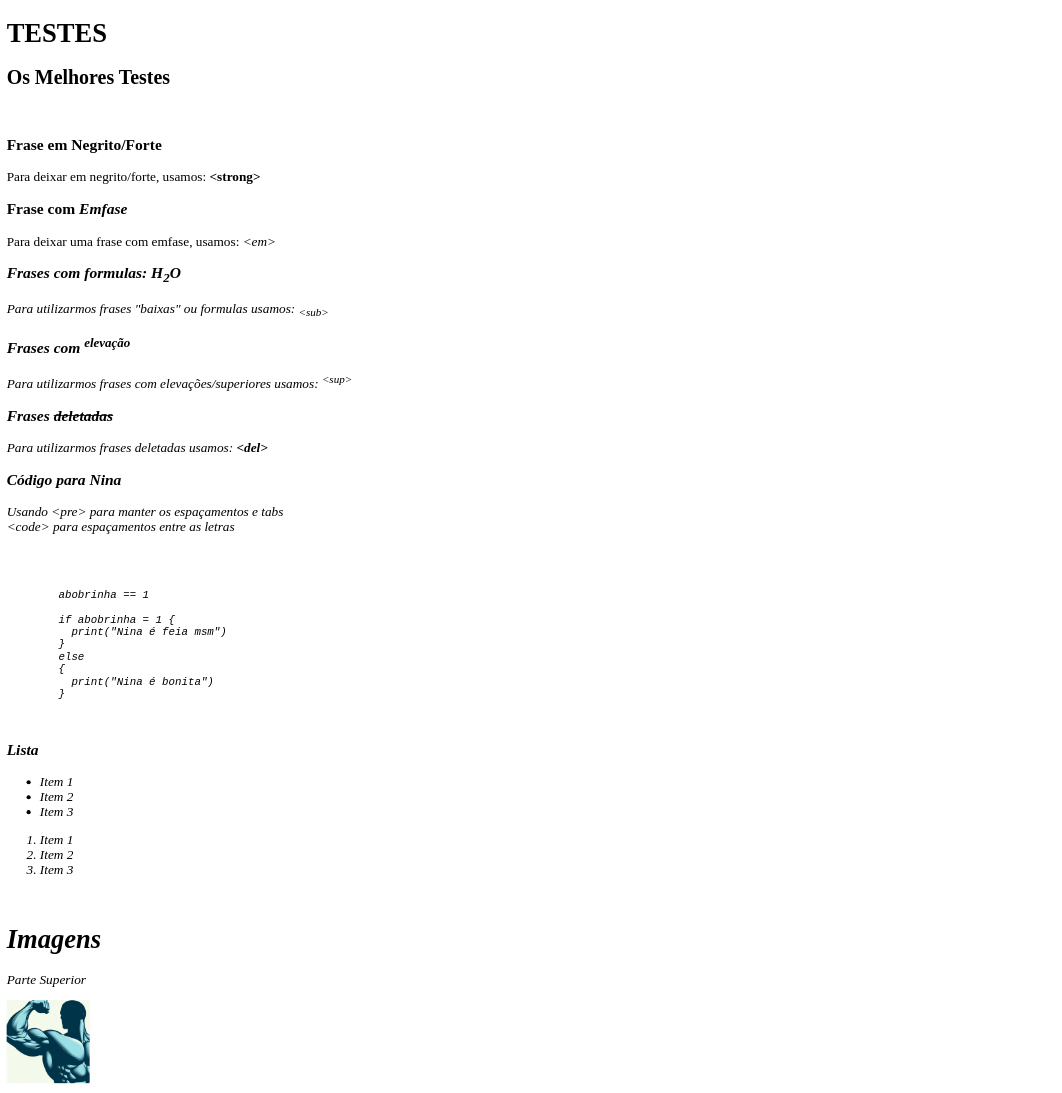
Repository: LuidyOn/Site_Forca_Total
Page: ForçaTotal/teste.html
An editor plug-in stored every save of this project. The page is shown before and after the next save, followed by the edit.
The browser window is 1280 px wide. The pictures show the whole page, at 83% of full size.

Above is the page before, as saved 2025-05-15 13:56:11.

### ForçaTotal/teste.html
<!DOCTYPE html>
<html lang="pt-br">
<head>
  <meta charset="UTF-8">
  <meta name="viewport" content="width=device-width, initial-scale=1.0">
  <link rel="shortcut icon" href="img/icons/logo.ico" type="image/x-icon">
  <title>Testes Força total</title>
</head>
<body>
<h1>TESTES</h1>
  <h2>Os Melhores Testes</h2>

  <p><br></p>

    <h3>Frase em <strong>Negrito/Forte</strong></h3>
    <p>Para deixar em negrito/forte, usamos: <strong>&lt;strong&gt;</strong> </p>

    <h3>Frase com <em>Emfase</em> </h3>
    <p>Para deixar uma frase com emfase, usamos: <em>&lt;em&gt;<em> </p>

    <h3>Frases com formulas: H<sub>2</sub>O </h3>
    <p>Para utilizarmos frases "baixas" ou formulas usamos: <sub>&lt;sub&gt;</sub></p>

    <h3>Frases com <sup>elevação</sup></h3>
    <p>Para utilizarmos frases com elevações/superiores usamos: <sup>&lt;sup&gt;</sup></p>

    <h3>Frases <del>deletadas</del></h3>
    <p>Para utilizarmos frases deletadas usamos: <strong>&lt;del&gt;</strong></p>


    <h3>Código para Nina</h3>
    <p>Usando &lt;pre&gt; para manter os espaçamentos e tabs <br> &lt;code&gt; para espaçamentos entre as letras</p>

  <p><br></p>

    <pre>
      <code>
        abobrinha == 1

        if abobrinha = 1 {
          print("Nina é feia msm")
        }
        else
        {
          print("Nina é bonita")
        }
      </code>
    </pre>

    <h3>Lista</h3>
    <ul>
      <li>Item 1</li>
      <li>Item 2</li>
      <li>Item 3</li>
    </ul>

    <ol>
      <li>Item 1</li>
      <li>Item 2</li>
      <li>Item 3</li>
    </ol>

<p><br></p>

<h1>Imagens</h1>
  <p>Parte Superior</p>
<img src="img/parteSerior.png" alt="parte superior" style= "width: 100px; height: 100px;">
</body>
</html>

After the next save:
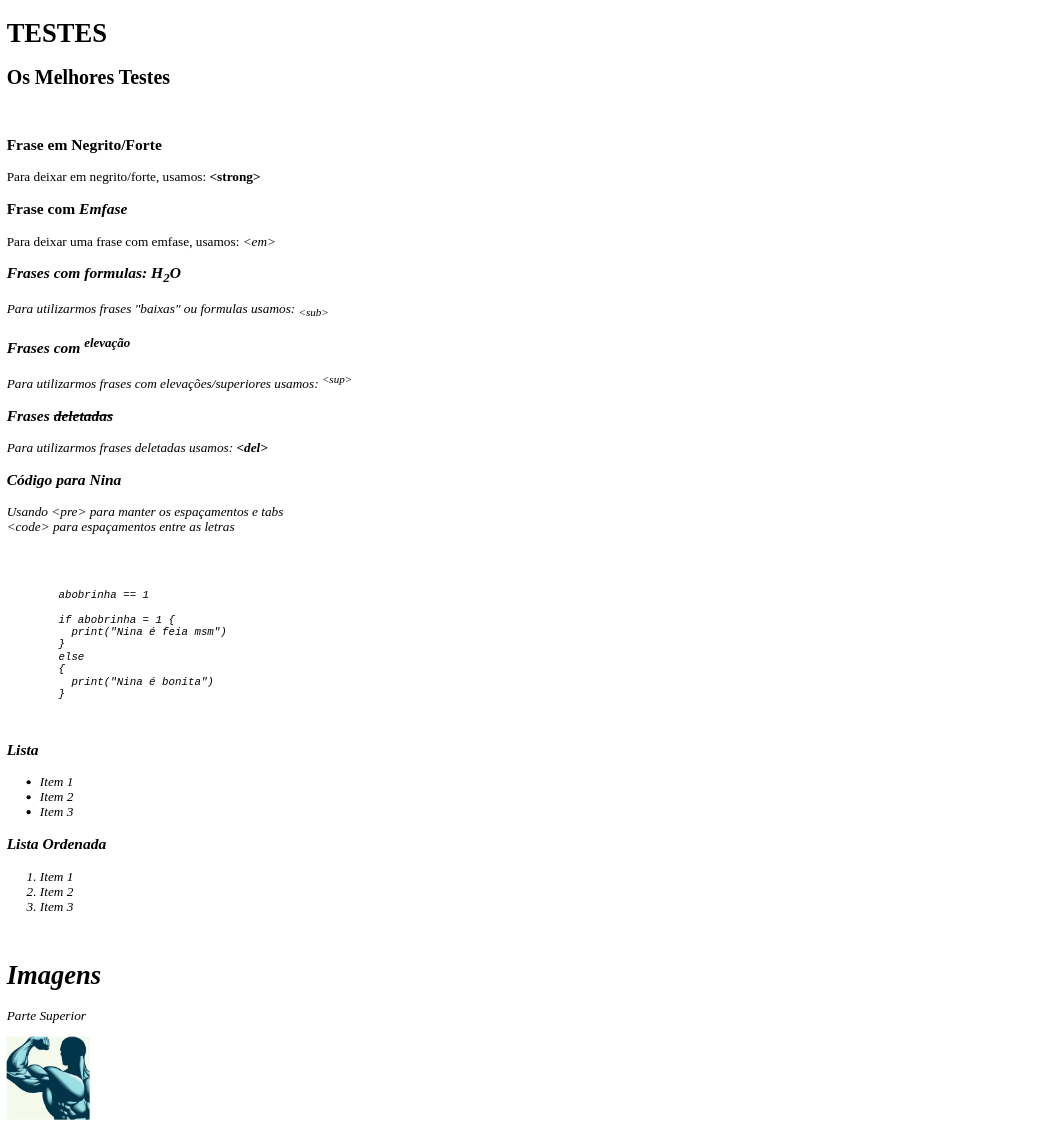
Saved 14 s later.
--- a/ForçaTotal/teste.html
+++ b/ForçaTotal/teste.html
@@ -54,6 +54,7 @@
       <li>Item 3</li>
     </ul>
 
+    <h3>Lista Ordenada</h3>
     <ol>
       <li>Item 1</li>
       <li>Item 2</li>
